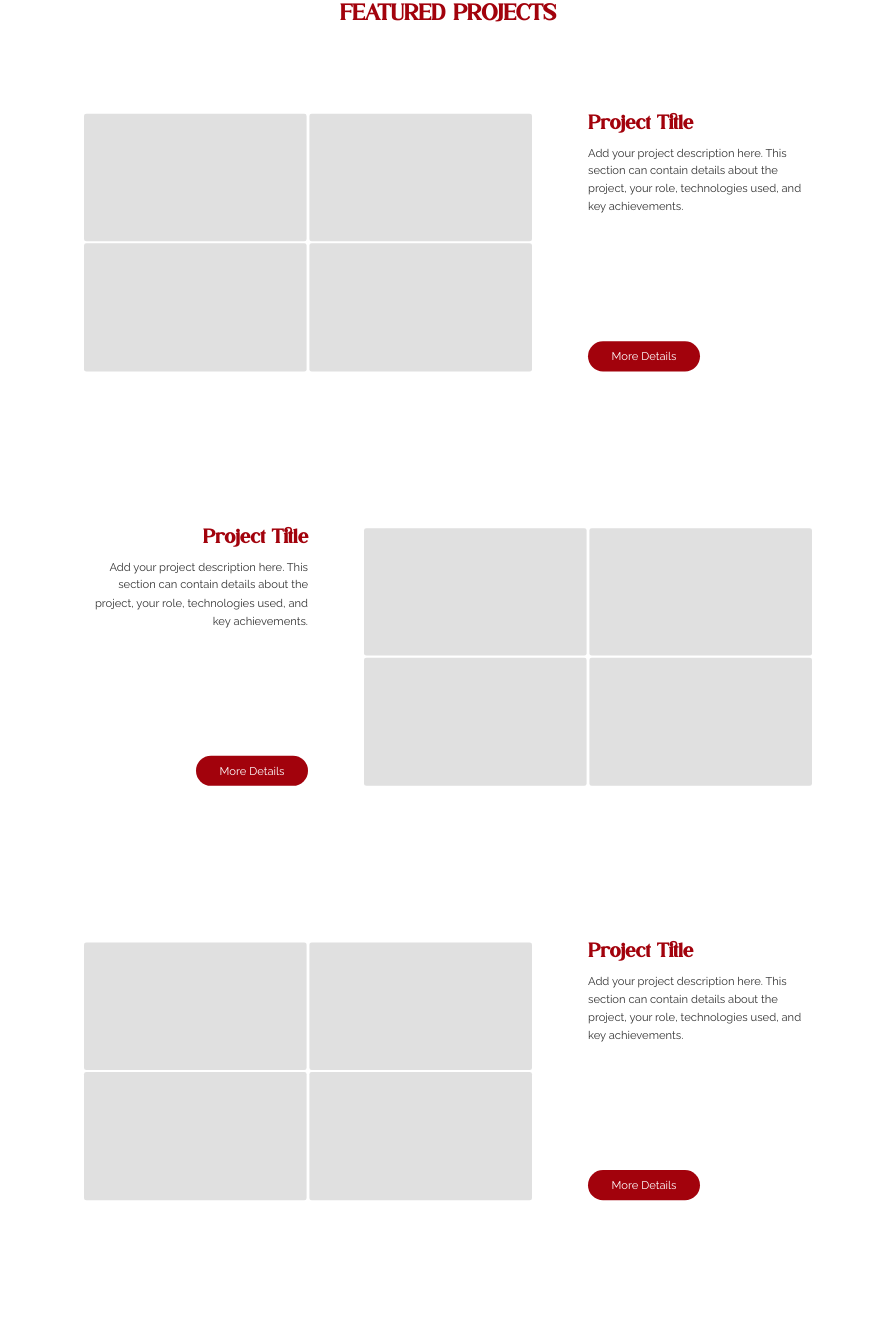
Repository: Micaelavalmores/Micaela-Portfolio
Page: /
These files come from the project's save history. The page is drawn as it stood at one moment and after the next save; the edit follows.
The browser window is 1280 px wide. The pictures show the part of the page from y = 912 to 2832 px (the page is 2850 px tall before and 2898 px after), at 70% of full size.
The project was rebuilt for these pictures with package versions that can differ from the ones it lists, and the page was loaded fresh each time. The framework's server and built-in components were replaced by stand-ins that run in the browser. Also part of the build but not shown: next.config.mjs.

Above is the page before, as saved 2026-01-27 13:47:19.

### app/layout.js

import { Geist } from "next/font/google";
import { Raleway } from "next/font/google";
import "./globals.css";

const geistSans = Geist({
  variable: "--font-geist-sans",
  subsets: ["latin"],
});

const raleway = Raleway({
  variable: "--font-raleway",
  subsets: ["latin"],
});



export const metadata = {
  title: "Micaela Valmores",
  description: "Generated by create next app",
  icons: {
    icon: "/logos/micaela-logo.svg",
  },
};

export default function RootLayout({ children }) {
  return (
    <html lang="en">
      <body className={`${raleway.variable}`}>
        {children}
      </body>
    </html>
  );
}

### app/page.js
import Image from "next/image";
import styles from "./page.module.css";
import HomePage from "./home-page/page";

export default function Home() {
  return (
    <div className={styles.page}>
      <HomePage />
    </div>
  );
}

### app/globals.css
:root {
  --background: #ffffff;
  --foreground: #171717;
  --font-ghaista: 'Ghaista', var(--font-raleway);
}

@font-face {
  font-family: 'Ghaista';
  src: url('/fonts/Ghaitsa.ttf') format('truetype');
  font-weight: 400;
  font-style: normal;
  font-display: swap;
}

@media (prefers-color-scheme: dark) {
  :root {
    --background: #0a0a0a;
    --foreground: #ffffff;
  }
}

html,
body {
  max-width: 100vw;
  overflow-x: hidden;
}

body {
  color: var(--foreground);
  background: var(--background);
  font-family: var(--font-raleway);
  -webkit-font-smoothing: antialiased;
  -moz-osx-font-smoothing: grayscale;
}

* {
  box-sizing: border-box;
  padding: 0;
  margin: 0;
}

a {
  color: inherit;
  text-decoration: none;
}

@media (prefers-color-scheme: dark) {
  html {
    color-scheme: dark;
  }
}

/* Horizontal page margins */
body {
  margin-left: 10rem;
  margin-right: 10rem;
}

/* Tablet: screens between iPhone and iPad */
@media (min-width: 430px) and (max-width: 1024px) {
  body {
    margin-left: 4rem;
    margin-right: 4rem;
  }
}

/* iPad Pro 13in — reduce margins to 7rem */
@media (min-width: 1024px) and (max-width: 1366px) {
  body {
    margin-left: 7rem;
    margin-right: 7rem;
  }
}

/* Mobile horizontal margins: any width smaller than 430px */
@media (max-width: 430px) {
  body {
    margin-left: 3rem;
    margin-right: 3rem;
  }
}

### app/page.module.css
.page {
  --background: #ffffff;
  --foreground: #fff;

  --text-primary: #000;
  --text-secondary: #666;



  display: grid;
  grid-template-columns: 1fr;
  min-height: 100vh;
  font-family: var(--font-geist-sans);
  background-color: var(--background);
}

.Proj-sec {
  display: flex;
  flex-direction: column;
  align-items: center;
  gap: 2rem;
  padding: 2rem 0;
  background-color: #ffff;
  margin: 6rem 0;
  font-family: ghaista;
  color: #A2020C;
}

.intro-sec {
  display: flex;
  flex-direction: column;
  align-items: center;
  gap: 1rem;
  padding: 2rem 0;
  background-color: #ffff;
  margin: 7rem 0 0;
  text-align: center;
  /* border-bottom: solid 1px #A2020C; */
}

.intro-sec h1 {
  font-size: 7rem;
  font-weight: semi-bold;
  margin: 0;
  font-family: ghaista;
  color: #A2020C;
}

.intro-greet {
  font-size: 2.5rem;
  font-weight: 400;
  color: #A2020C;
  font-family: raleway;
}

.intro-sec p {
  font-size: 1.5rem;
  max-width: 900px;
  line-height: 1.6;
  color: #333;
  font-family: raleway;
}

.intro-occu {
  padding-top: 2rem;
  font-size: 2.5rem;
  font-weight: 400;
  font-style: italic;
  color: #A2020C;
  font-family: raleway;
}

.main {
  display: flex;
  min-height: 100vh;
  width: 100%;
  max-width: 800px;
  flex-direction: column;
  align-items: flex-start;
  justify-content: space-between;
  background-color: var(--foreground);
  padding: 120px 60px;
}

.intro {
  display: flex;
  flex-direction: column;
  align-items: flex-start;
  text-align: left;
  gap: 24px;
}

.intro h1 {
  max-width: 320px;
  font-size: 40px;
  line-height: 48px;
  letter-spacing: -2.4px;
  text-wrap: balance;
  color: var(--text-primary);
}

.intro p {
  max-width: 440px;
  font-size: 18px;
  line-height: 32px;
  text-wrap: balance;
  color: var(--text-secondary);
}

.intro a {
  font-weight: 500;
  color: var(--text-primary);
}

.ctas {
  display: flex;
  flex-direction: row;
  width: 100%;
  max-width: 440px;
  gap: 16px;
  font-size: 14px;
}

.ctas a {
  display: flex;
  justify-content: center;
  align-items: center;
  height: 40px;
  padding: 0 16px;
  border-radius: 128px;
  border: 1px solid transparent;
  transition: 0.2s;
  cursor: pointer;
  width: fit-content;
  font-weight: 500;
}

a.primary {
  background: var(--text-primary);
  color: var(--background);
  gap: 8px;
}

a.secondary {
  border-color: var(--button-secondary-border);
}

/* Enable hover only on non-touch devices */
@media (hover: hover) and (pointer: fine) {
  a.primary:hover {
    background: var(--button-primary-hover);
    border-color: transparent;
  }

  a.secondary:hover {
    background: var(--button-secondary-hover);
    border-color: transparent;
  }
}

@media (max-width: 600px) {
  .main {
    padding: 48px 24px;
  }

  .intro {
    gap: 16px;
  }

  .intro h1 {
    font-size: 32px;
    line-height: 40px;
    letter-spacing: -1.92px;
  }
}

@media (prefers-color-scheme: dark) {
  .logo {
    filter: invert();
  }

  .page {
    --background: #000;
    --foreground: #000;

    --text-primary: #ededed;
    --text-secondary: #999;

    --button-primary-hover: #ccc;
    --button-secondary-hover: #1a1a1a;
    --button-secondary-border: #1a1a1a;
  }
}

### app/home-page/page.js
import Link from 'next/link'
import styles from '../page.module.css'
import FtProj from '../components/FtProj'
import Navbar from '../components/Navbar'

export default function HomePage() {
  return (
    <main className={styles.page}>
      <nav className='Nav-bar'>
        </nav>
      <Navbar />
      <div className={styles['intro-sec']}>
        <span className={styles['intro-greet']}>Hi, I am</span>
        <h1>MICAELA VALMORES</h1>
        <span className={styles['intro-occu']}>UX UI Designer</span>
        <p>I turn complex problems into simple, accessible, and user-centred solutions that balance usability and aesthetics.</p>
      </div>
      <div className={styles['Proj-sec']}>
        <h1>FEATURED PROJECTS</h1>
        <FtProj reversed={false}/>
        <FtProj reversed={true} />
        <FtProj reversed={false}/>
      </div>
    </main>
  )
}

### app/components/FtProj.js
'use client';

import styles from './FtProj.module.css';

/*
  HOW TO USE:
  The FtProj component has two layout states controlled by the reversed prop:
  1. Default (reversed={false}): Images on left, text on right (left-justified)
  2. Reversed (reversed={true}): Text on left (right-justified), images on right

  Layout changes can only be controlled in the backend by passing the reversed prop.
  Users cannot change the layout.

  Usage examples:
  <FtProj /> - Standard layout
  <FtProj reversed={true} /> - Reversed layout
*/

export default function FtProj({ reversed = false }) {
  return (
    <div className={`${styles.container} ${reversed ? styles.reversed : ''}`}>
      {/* Left Column - Text (if reversed) / Images (if standard) */}
      {!reversed ? (
        // Standard: Images on left
        <div className={styles.imagesColumn}>
          <div className={styles.imagePlaceholder}></div>
          <div className={styles.imagePlaceholder}></div>
          <div className={styles.imagePlaceholder}></div>
          <div className={styles.imagePlaceholder}></div>
        </div>
      ) : (
        // Reversed: Text on left
        <div className={styles.textColumn}>
          <div className={styles.textContent}>
            <h2>Project Title</h2>
            <p>Add your project description here. This section can contain details about the project, your role, technologies used, and key achievements.</p>
          </div>
          <button className={styles.projectButton}>More Details</button>
        </div>
      )}

      {/* Right Column - Text (if standard) / Images (if reversed) */}
      {!reversed ? (
        // Standard: Text on right
        <div className={styles.textColumn}>
          <div className={styles.textContent}>
            <h2>Project Title</h2>
            <p>Add your project description here. This section can contain details about the project, your role, technologies used, and key achievements.</p>
          </div>
          <button className={styles.projectButton}>More Details</button>
        </div>
      ) : (
        // Reversed: Images on right
        <div className={styles.imagesColumn}>
          <div className={styles.imagePlaceholder}></div>
          <div className={styles.imagePlaceholder}></div>
          <div className={styles.imagePlaceholder}></div>
          <div className={styles.imagePlaceholder}></div>
        </div>
      )}
    </div>
  );
}

### app/components/Navbar.js
import Link from "next/link";
import Image from "next/image";
import styles from "./Navbar.module.css";

export default function Navbar() {
  return (
    <nav className={styles.navbar}>
      <Link href="/" className={styles.logoContainer}>
        <Image
          src="/logos/logo-name.svg"
          alt="Micaela Valmores"
            width={70}
          height={80}
          priority
        />
      </Link>

      <ul className={styles.navLinks}>
        <li>
          <Link href="/">Home</Link>
        </li>
        <li>
          <Link href="/projects-page">Projects</Link>
        </li>
        <li>
          <Link href="/contact">Contact</Link>
        </li>
      </ul>
    </nav>
  );
}

### app/components/FtProj.module.css
.container {
  width: 65rem;
  height: 25rem;
  display: grid;
  grid-template-columns: 1fr 1fr;
  gap: 5rem;
  padding: 1rem 0;
  margin: 5rem 0;
}

.container.reversed {
  grid-template-columns: 1fr 1fr;
}

.reversed .textContent {
  text-align: right;
}

.reversed .textColumn {
  text-align: right;
}

.reversed .projectButton {
  justify-self: end;
}

.imagesColumn {
  display: grid;
  grid-template-columns: 1fr 1fr;
  gap: 0.2rem;
  width: 40rem;
}

.imagePlaceholder {
  width: 100%;
  height: 100%;
  background-color: #e0e0e0;
  border-radius: 0.2rem;
}

.textColumn {
  display: grid;
  grid-template-rows: 1fr auto;
  gap: 2rem;
}

.textContent {
  display: flex;
  flex-direction: column;
}

.textColumn h2 {
  margin: 0 0 1rem 0;
  font-size: 1.75rem;
  font-family: ghaista;
}

.textColumn p {
  margin: 0;
  line-height: 1.6;
  color: #333;
  font-size: 1rem;
  font-family: raleway;
}

.projectButton {
  align-self: start;
  width: 10rem;
  padding: 0.75rem 1.5rem;
  background-color: #A2020C;
  color: #fff;
  border: none;
  border-radius: 5rem;
  font-size: 1rem;
  cursor: pointer;
  font-family: raleway;
}

.projectButton:hover {
  background-color: #b62d36;
}

### app/components/Navbar.module.css
.navbar {
  display: flex;
  justify-content: space-between;
  width: 100%;
  align-items: center;
  padding: 2rem 2rem;
  background-color: #ffffff;
  position: sticky;
  top: 0;
  z-index: 1000;
}

.logoContainer {
  display: flex;
  justify-self: start;
}

.logoContainer:hover {
  opacity: 0.8;
}

.navLinks {
  display: flex;
  gap: 2rem;
  list-style: none;
  margin: 0;
  padding: 0;
  align-items: center;
}

.navLinks li {
  margin: 0;
}

.navLinks a {
  text-decoration: none;
  color: #A2020C;
  font-size: 1.25rem;
  font-weight: 500;
  transition: color 0.3s ease;
  position: relative;
  border: solid 1px #A2020C;
  border-radius: 3rem;
  padding: 0.50rem 1.75rem;
  font-family: ghaista;
}

.navLinks a:hover {
  color: #0070f3;
}



.navLinks a:hover::after {
  width: 100%;
}

/* Responsive design */
/* @media (max-width: 768px) {
  .navbar {
    padding: 1rem 1.5rem;
  }

  .navLinks {
    gap: 1.5rem;
  }

  .navLinks a {
    font-size: 0.9rem;
  }
} */

/* @media (max-width: 480px) {
  .navbar {
    padding: 0.75rem 1rem;
  }

  .navLinks {
    gap: 1rem;
  }

  .navLinks a {
    font-size: 0.85rem;
  }
} */

After the next save:
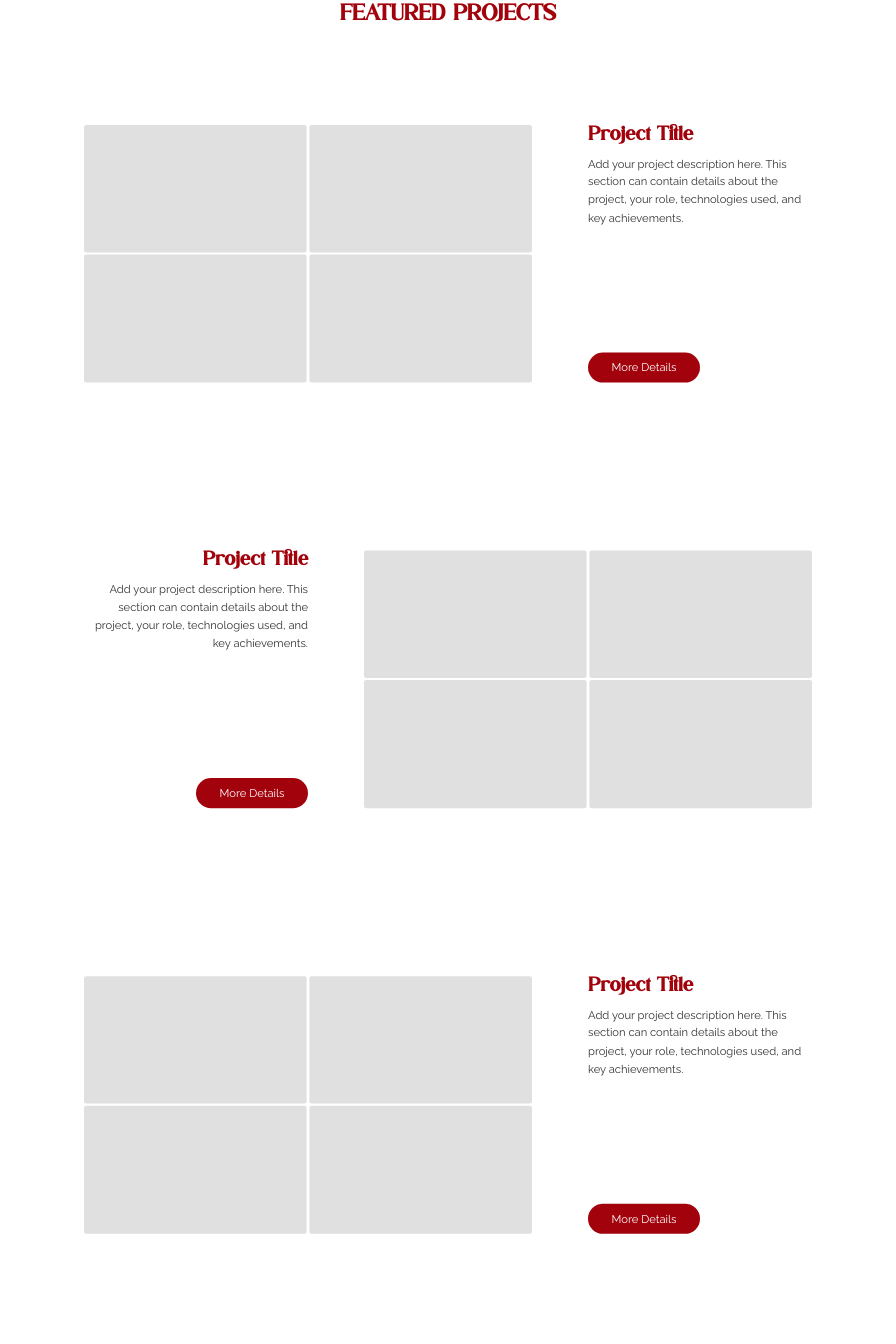
Saved 15 s later.
--- a/app/page.module.css
+++ b/app/page.module.css
@@ -18,7 +18,7 @@
   display: flex;
   flex-direction: column;
   align-items: center;
-  gap: 2rem;
+  gap: 3rem;
   padding: 2rem 0;
   background-color: #ffff;
   margin: 6rem 0;

After the save that followed:
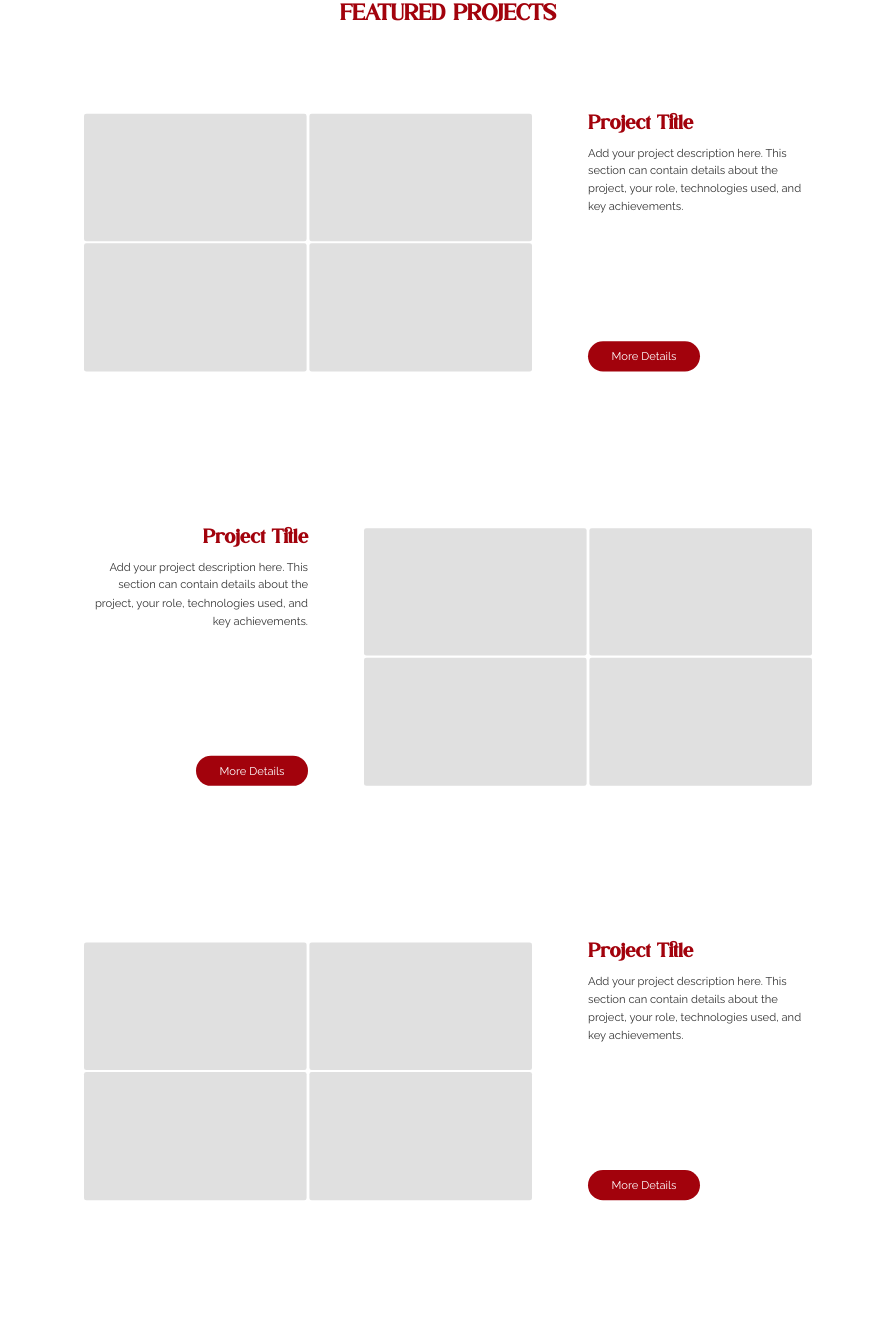
Saved 7 s later.
--- a/app/page.module.css
+++ b/app/page.module.css
@@ -18,7 +18,7 @@
   display: flex;
   flex-direction: column;
   align-items: center;
-  gap: 3rem;
+  gap: 2rem;
   padding: 2rem 0;
   background-color: #ffff;
   margin: 6rem 0;
